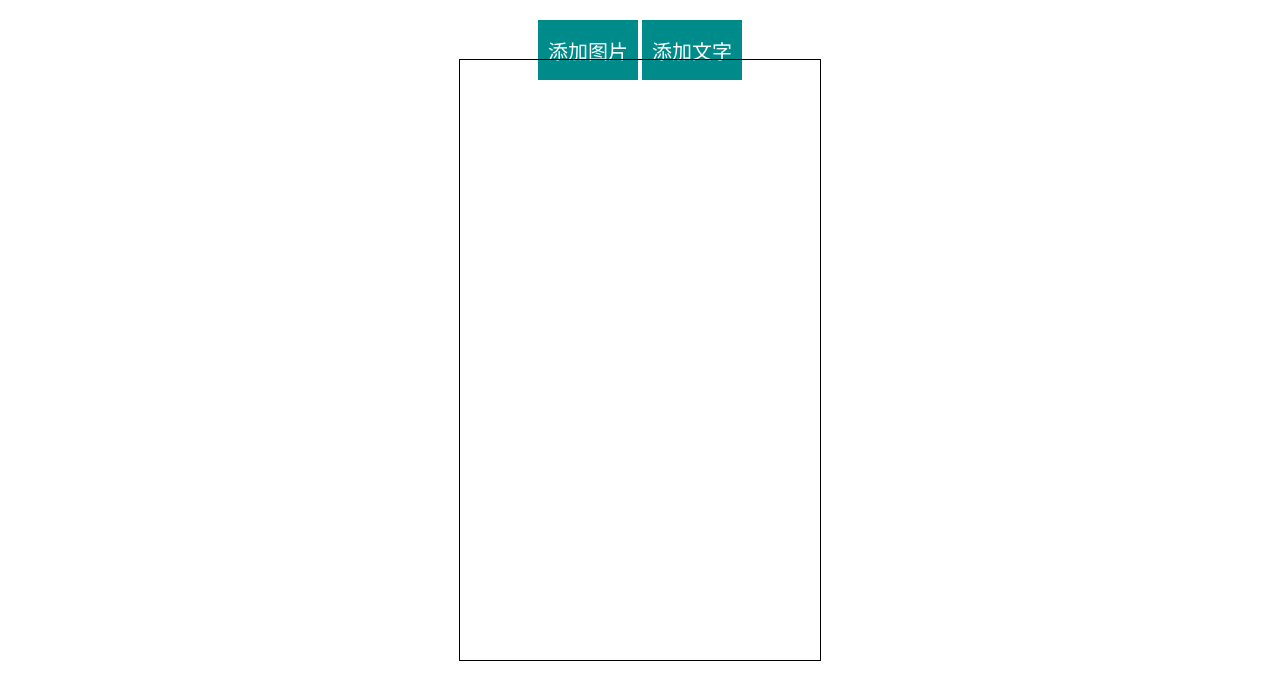
Repository: Xekin-FE/canvas-image-editor
Page: index.html
These files come from the project's save history. The page is drawn as it stood at one moment and after the next save; the edit follows.
The browser window is 1280 px wide. The pictures show the whole page.
After loading, the first visible `button` was clicked once.

Above is the page before, as saved 2018-12-14 15:42:03.

After the next save:
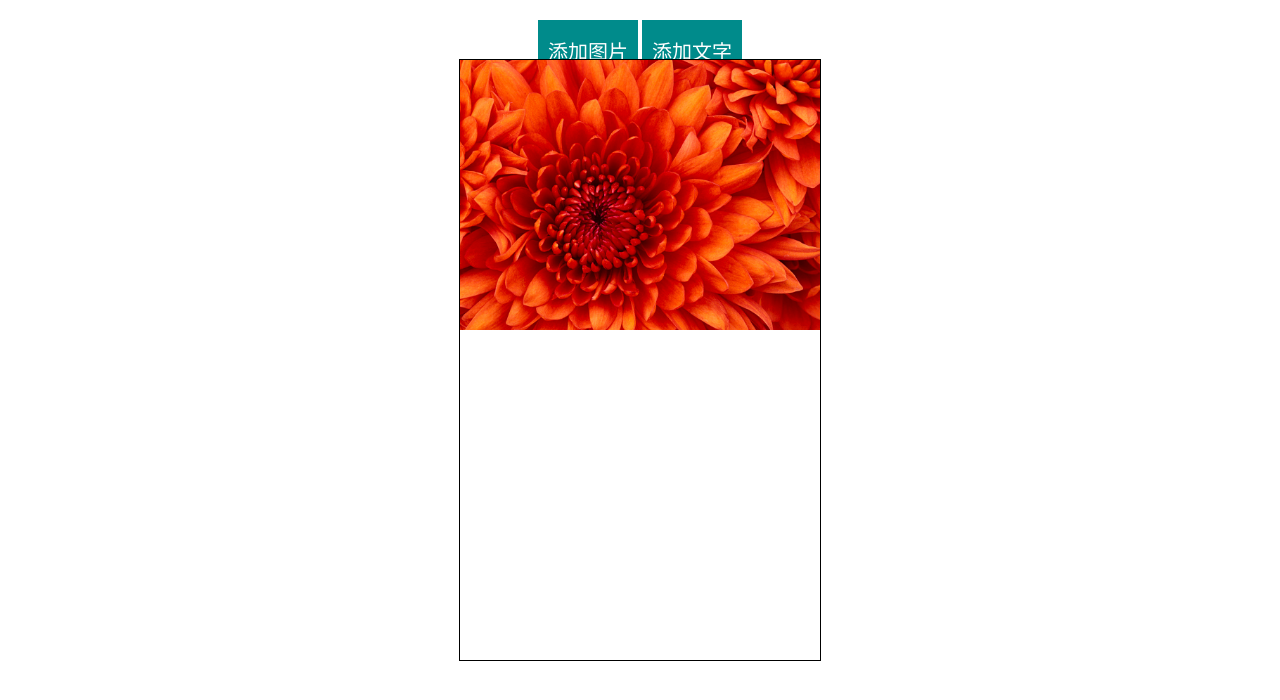
Saved 11 s later.
--- a/index.html
+++ b/index.html
@@ -22,9 +22,9 @@
         const addImage = () => {
             let img = new Image();
             img.src = './static/image/test1.jpg';
-            let realwidth = can.width;
-            let realheight = img.height * can.width / img.width;
             img.onload = () => {
+                let realwidth = can.width;
+                let realheight = img.height * can.width / img.width;
                 ctx.drawImage(img, 0, 0, realwidth, realheight)
                 ctx.save();
             }
